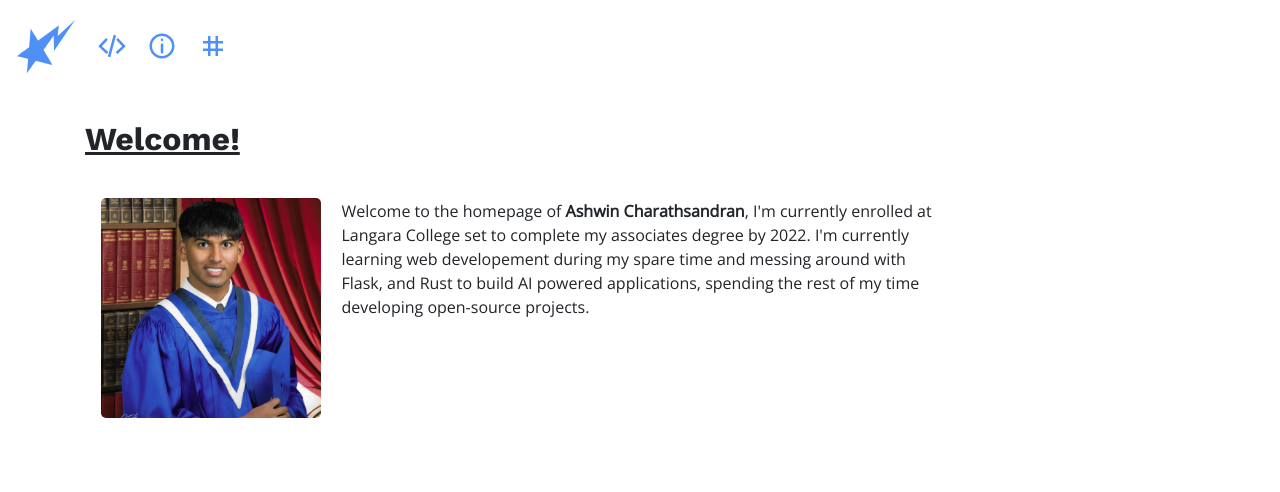
Repository: xxiz/ashwin.lol_flask
Page: http://localhost/
An editor plug-in stored every save of this project. The page is shown before and after the next save, followed by the edit.
The browser window is 1280 px wide. The pictures show the whole page.
The page is served by the project's application, run on Flask 3 (app.py).

Above is the page before, as saved 2021-09-03 07:01:55.

After the next save:
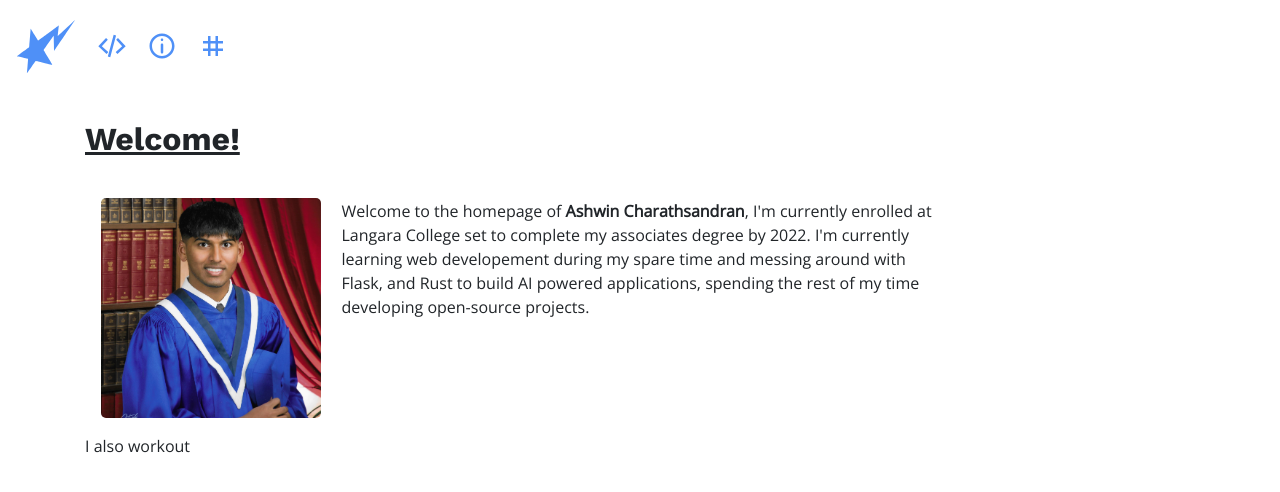
Saved 7 s later.
--- a/templates/index.html
+++ b/templates/index.html
@@ -4,5 +4,5 @@
     <h1>Welcome!</h1>
     <img class="me" src="/static/me.jpg" alt="A picture of myself">
     <p class="confined">Welcome to the homepage of <b>Ashwin Charathsandran</b>, I'm currently enrolled at Langara College set to complete my associates degree by 2022. I'm currently learning web developement during my spare time and messing around with Flask, and Rust to build AI powered applications, spending the rest of my time developing open-source projects.</p>
-
+    <p>I also workout</p>
 {% endblock %}

After the 3 saves that followed:
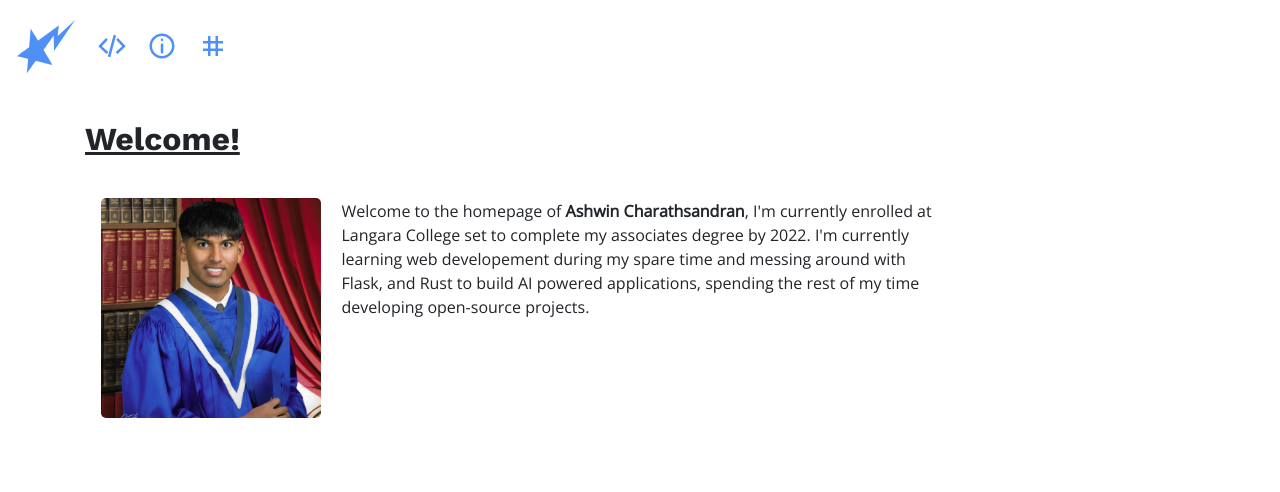
The 3 saves are shown as one change because 1 did not build or start and some came seconds apart.
The last was saved 43 s later.
--- a/templates/index.html
+++ b/templates/index.html
@@ -4,5 +4,17 @@
     <h1>Welcome!</h1>
     <img class="me" src="/static/me.jpg" alt="A picture of myself">
     <p class="confined">Welcome to the homepage of <b>Ashwin Charathsandran</b>, I'm currently enrolled at Langara College set to complete my associates degree by 2022. I'm currently learning web developement during my spare time and messing around with Flask, and Rust to build AI powered applications, spending the rest of my time developing open-source projects.</p>
-    <p>I also workout</p>
+    <div class="row">
+    {% for project in preview %}
+    <div class="col-sm-6">
+      <div class="card">
+        <div class="card-body">
+          <h5 class="card-title">{{ project.title }}</h5>
+          <p class="card-text">{{ project.description }}</p>
+          <a href="#" class="btn btn-primary">{{ project.image_url }}</a>
+        </div>
+      </div>
+    </div>
+    {% endfor %}
+    </div>
 {% endblock %}
